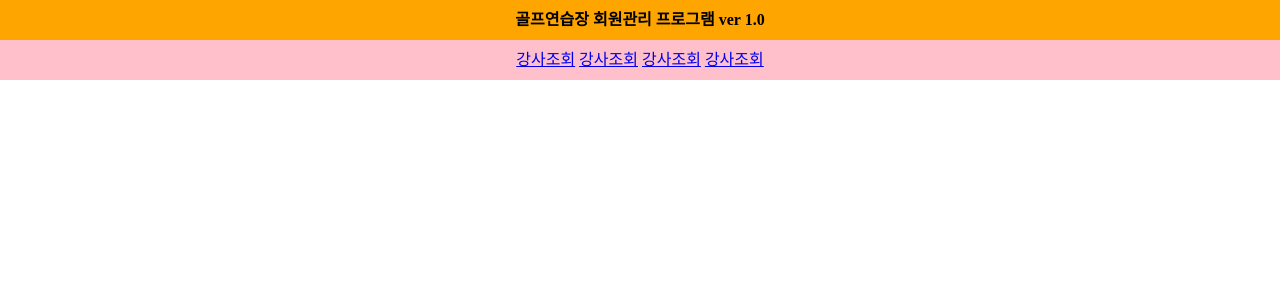
Repository: wjdwlgns1101/school_hrd
Page: http://localhost/hrd_30111_1_/
These files come from the project's save history. The page is drawn as it stood at one moment and after the next save; the edit follows.
The browser window is 1280 px wide. The pictures show the whole page.
The page is served by Tomcat 9.

Above is the page before, as saved 2024-05-06 13:45:47.

After the next save:
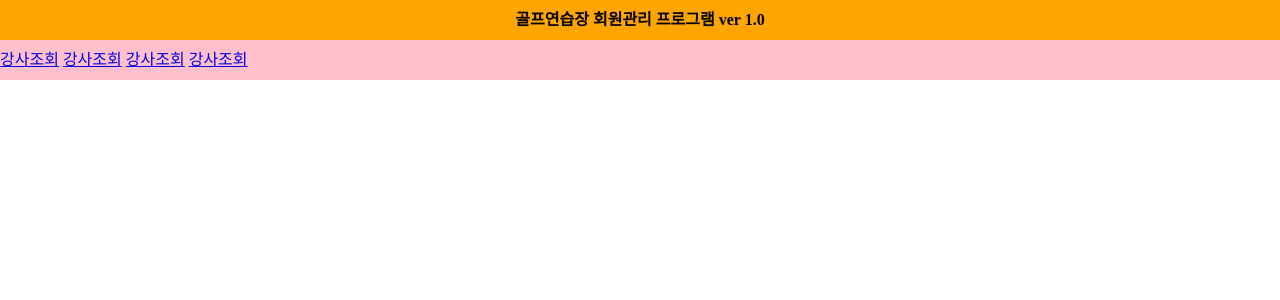
Saved 17 s later.
--- a/hrd_30111_(1)/hrd_30111(1)/src/main/webapp/header.jsp
+++ b/hrd_30111_(1)/hrd_30111(1)/src/main/webapp/header.jsp
@@ -10,7 +10,7 @@
 <header style="position: fixed; background-color: orange; width: 100%; height: 40px; padding: 0; left: 0; top: 0; text-align: center; line-height: 40px;'">
 	<b>골프연습장 회원관리 프로그램 ver 1.0</b>
 
-<nav style="background-color: pink; " >
+<nav style="background-color: pink; text-align: left;" >
 
 	<a href="#">강사조회</a>
 	<a href="#">강사조회</a>
